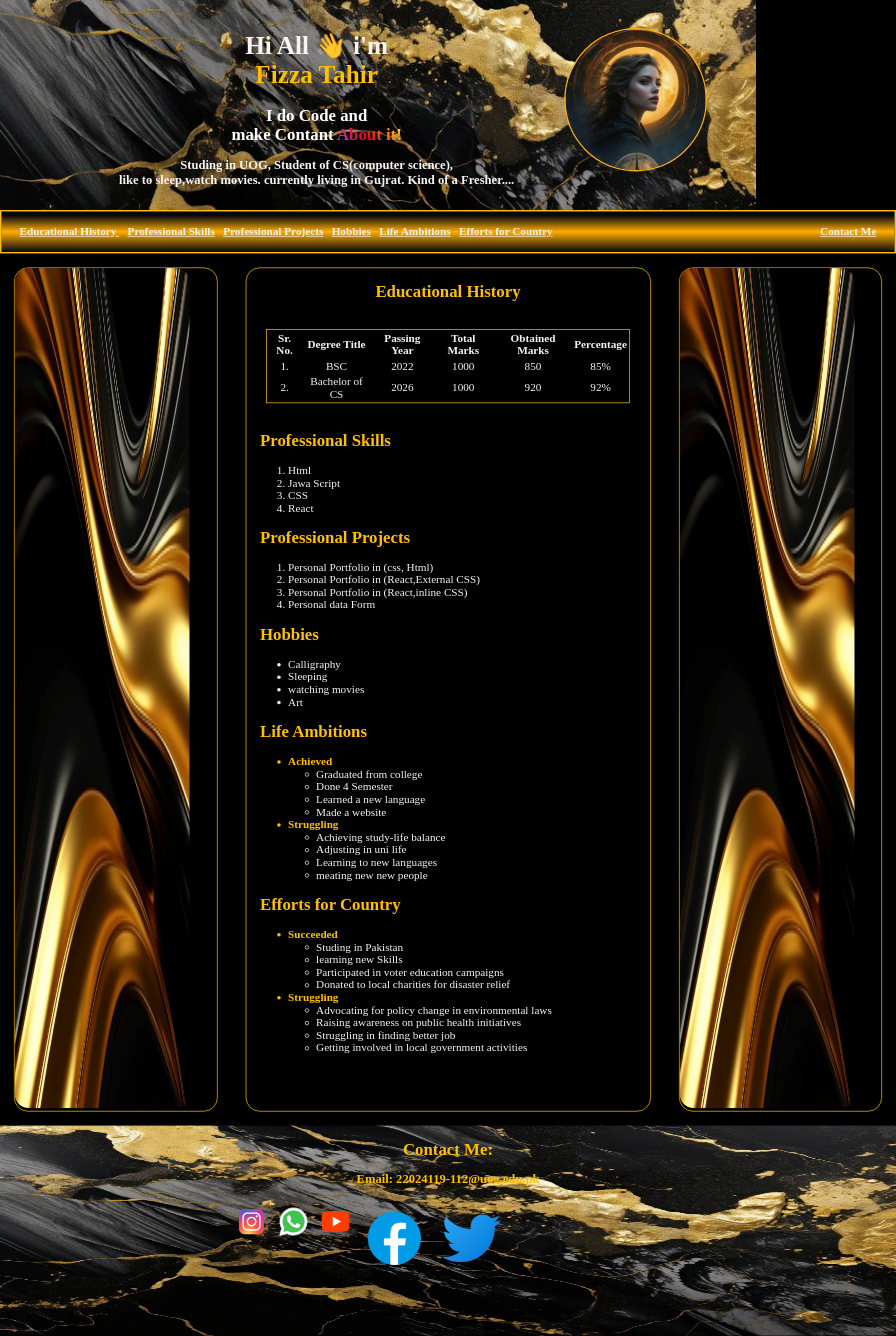
Repository: Fizza-112/project
Page: /
These files come from the project's save history. The page is drawn as it stood at one moment and after the next save; the edit follows.
The browser window is 1280 px wide. The pictures show the whole page, at 70% of full size.
The project was rebuilt for these pictures with package versions that can differ from the ones it lists, and the page was loaded fresh each time. Also part of the build but not shown: vite.config.ts.

Above is the page before, as saved 2024-09-20 13:44:58.

### src/App.tsx

import "./App.css"

import instaimg from "./components/icons8-insta.svg"
import whatsappimg from "./components/icons8-whatsapp.svg"
import youtubeimg from "./components/icons8-youtube.svg"
import facebookimg from "./components/facebook icon.png"
import twitterimg from "./components/twitter.png"
import marbelimg from "./components/marbel.webp"
import profimg from "./assets/WhatsApp Image 2024-09-20 at 8.07.10 AM.jpeg"
import sidedivimg from "./assets/sidediv.webp"

const App = () => {
  return (
    <>
    <header>
    <div className="header-container">
      {/* Base image */}
      <img
        className="base-image"
         src={marbelimg}
        alt="Profile"
      />

      {/* Content inside the header */}
      <div className="header-content">
        <h1 className="header-text"><b>Hi All 👋 i'm <br/><span className="nam"> Fizza Tahir</span> </b></h1>
        <div> <h2 className="contant">I do Code and<br/> make Contant <span className="span">About it!</span> </h2></div>
        <p className="sub-text">Studing in UOG, Student of CS(computer science),<br/>
        like to sleep,watch movies. currently living in Gujrat. Kind of a Fresher....</p>
      </div>

      {/* Another image (e.g., profile or other image) on the right side */}
      <img
        className="side-image"
         src={profimg}
        alt="Profile on Right"
      />
    </div>

  </header>


    <nav id="nav">
      <div>
  <a href='#EducationalHistory'>Educational History </a>
  <a href='#ProfessionalSkills'>Professional Skills</a>
  <a href="#ProfessionalProjects">Professional Projects</a>
  <a href="#Hobbies">Hobbies</a>
  <a href="#life-ambitions">Life Ambitions</a>
  <a href="#efforts-for-country">Efforts for Country</a>
  </div>
  <div>
  <a href="#Contact-Me">Contact Me</a>
  </div>
</nav>

<div className="div">
<div id="blank-div">
  <img className="leftdiv"src={sidedivimg} alt="img" />
</div>

<div id='main-contant'>

  <div id="EducationalHistory">

    <h2 className='nam'>Educational History</h2>
        <table>
            <thead >
                <tr>
                    <th>Sr. No.</th>
                    <th>Degree Title</th>
                    <th>Passing Year</th>
                    <th>Total Marks</th>
                    <th>Obtained Marks</th>
                    <th>Percentage</th>
                </tr>
            </thead>
            <tbody>
                <tr>
                    <td>1.</td>
                    <td>BSC</td>
                    <td>2022</td>
                    <td>1000</td>
                    <td>850</td>
                    <td>85%</td>
                </tr>
                <tr>
                    <td>2.</td>
                    <td>Bachelor of CS</td>
                    <td>2026</td>
                    <td>1000</td>
                    <td>920</td>
                    <td>92%</td>
                </tr>
            </tbody>
        </table>

  </div>

  <div id="ProfessionalSkills">
<h2 className='nam'>Professional Skills</h2>
<ol>
<li>Html</li>
<li>Jawa Script</li>
<li>CSS</li>
<li>React</li>
</ol>
   </div>

  <div id="ProfessionalProjects">
<h2 className='nam'>Professional Projects</h2>
<ol>
<li>Personal Portfolio in (css, Html)</li>
<li>Personal Portfolio in (React,External CSS)</li>
<li>Personal Portfolio in (React,inline CSS)</li>
<li>Personal data Form</li>
</ol>
   </div>

  <div id="Hobbies">
<h2 className='nam'>Hobbies</h2>
<ul>
<li>Calligraphy</li>
<li>Sleeping</li>
<li>watching movies</li>
<li>Art</li>
</ul>
   </div>

   <div id="life-ambitions">
    <h2 className='nam'>Life Ambitions</h2>
    <ul>
      <li className='nam'><b >Achieved</b></li>
      <ul>
        <li>Graduated from college</li>
        <li>Done 4 Semester </li>
        <li>Learned a new language</li>
        <li>Made a website </li>
      </ul>
      <li className='nam'><b >Struggling</b></li>
      <ul>
        <li>Achieving study-life balance</li>
        <li>Adjusting in uni life</li>
        <li>Learning to new languages</li>
        <li>meating new new people</li>
      </ul>
    </ul>
    </div>

    <div id="efforts-for-country">
    <h2 className='nam'>Efforts for Country</h2>
    <ul>
      <li className='nam'><b >Succeeded</b></li>
      <ul>
        <li>Studing in Pakistan</li>
        <li>learning new Skills</li>
        <li>Participated in voter education campaigns</li>
        <li>Donated to local charities for disaster relief</li>
      </ul>
      <li className='nam'><b >Struggling</b></li>
      <ul>
        <li>Advocating for policy change in environmental laws</li>
        <li>Raising awareness on public health initiatives</li>
        <li>Struggling in finding better job</li>
        <li>Getting involved in local government activities</li>
      </ul>
    </ul>
  </div>

  </div>
  <div id="end">
  <img className="rightdiv"src={sidedivimg} alt="img" />
  </div>
  </div>

<div id="Contact-Me">
  <footer>
  <div className="footer-container">
      {/* Base image for footer */}
      <img
       className="footer-image"
       src={marbelimg}
      alt="Profile"
      />

      {/* Footer content (heading and icons) */}
      <div className="footer-content">
        <h2 className="footer-heading">Contact Me:</h2>
        <h3 className="footer-email">Email: 22024119-112@uog.edu.pk</h3>

        {/* Social media icons */}
        <div className="social-icons">
        <a href="https://www.instagram.com/" target='_blank'><img src={instaimg} alt='icon' className='icons'></img></a>
  <a href="https://web.whatsapp.com/" target='_blank'><img src={whatsappimg} alt='icon' className='icons'></img></a>
  <a href="https://www.youtube.com/" target='_blank'><img src={youtubeimg} alt='icon' className='icons'></img></a>
  <a href="https://www.facebook.com/login/?next=https%3A%2F%2Fwww.facebook.com%2F" target='_blank'><img src={facebookimg} alt='icon' className='icons'></img></a>
  <a href="https://twitter.com/i/flow/login" target='_blank'><img src={twitterimg} alt='icon' className='icons'></img></a>

        </div>
      </div>
    </div>
    </footer>
  </div>
    </>
  )
}

export default App

### src/App.css
body{
  margin: 0px;
  padding: 0px;

  /* background-color:bisque;
  background-image: linear-gradient(19deg, bisque 0%, #989fff 100%);
   */
   /* background-color:bisque;
background-image: linear-gradient(62deg, bisque 0%, #945cfd 100%); */
/* background-color: #001886;
background-image: linear-gradient(43deg, #001886 0%, #05060f 46%, #001886  100%); */
background-color:black;



}
.header-container{
  display: flex;
  align-items: center;
  justify-content: center;
  width: 200%;
  height: 300px;
  /* color:aliceblue;
  background-color: #0c0c0c;
background-image: linear-gradient(43deg, gold 0%,#161516 46%, black 100%); */
position: relative;
max-width: 1080px;

}

.base-image{
  width: 200%;
  height: 300px;
 background-size:contain;
 object-fit: cover;
}
.header-content {
  position: absolute;
  top: 20px; /* Adjust padding from top */
  left: 20px; /* Adjust padding from left */
  color: white;

}
@media (max-width: 768px){
header{
  display: flex;
  align-items: center;
  justify-content: center;
  width: 100%;
  color:aliceblue;
  background-color: #001886;
  background-image: linear-gradient(180deg, #05060f 10%,#001886   50%, #05060f 100%);
/* background-image: linear-gradient(43deg, #001886 0%, #05060f 46%, #001886  100%);  */
max-width: 768px;
padding-left: 10px;
}
}

.header-text{
  /*
  /* color:#880808;
  color:#ffc000; */
 color: whitesmoke;
 text-align: center;
  font-size: 36px;
  font-weight: bold;
  margin-left: 150px;

}
.sub-text{
  color:whitesmoke;
  text-align: center;
  font-weight: 700;
  text-align: center !important;
  font-size: 18px;
  margin-left: 150px;
}
.contant{
  text-align: center;
  margin-left: 150px;
}
.span{

  background: -webkit-linear-gradient(43deg, #a241d0 0%, #f90118 46%, #fff500 100%);
  -webkit-background-clip: text;
  -webkit-text-fill-color: transparent;
}

.side-image{
  width: 200px;
  border-radius: 50%;
  margin-top: 20px;
  border:2px solid rgb(253, 171, 19);
  position: absolute;
  top: 20px;              /*  match header's top */
  right: 20px;             /* Position it on the right side */

  object-fit: cover; /* Maintain aspect ratio */
  display:block;
 margin-right: 50px;

}
.side-image:hover{
  border: 3px solid gold;
}
#nav{
  display: flex;
  align-items:center;
  justify-content: space-between;
   padding: 20px;
   background-color:  #001886;
   background-image: linear-gradient(180deg, #05060f 10%, rgb(255, 174, 0)   50%, #05060f 100%);
   /* background-image: linear-gradient(180deg, #001886 10%, #05060f 50%, #001886  100%); */
   /* background-color: #001886;
   background-image: linear-gradient(43deg, #001886 0%, #05060f 46%, #001886  100%);  */
  border: 2px solid #ffc000;
}
@media (max-width: 768px){
#nav{
  max-width: 798px;

  display: flex;
  align-items:center;
  justify-content: space-between;
   padding: 20px;
   background-color:  #001886;
   background-image: linear-gradient(180deg, #05060f 10%,#001886   50%, #05060f 100%);
   /* background-image: linear-gradient(180deg, #001886 10%, #05060f 50%, #001886  100%); */
   /* background-color: #001886;
   background-image: linear-gradient(43deg, #001886 0%, #05060f 46%, #001886  100%);  */
  border: 2px solid #ffc000;

}
}
.div{
  display: flex;


}
#blank-div{
width: 25%;
border: 1px solid #ffc000 ;
                    /*    left box contant border */
margin: 20px;
border-radius:20px;

}
.leftdiv{
  width:250px;
  height:1200px;
  border-radius:20px;
}
#main-contant{
  width: 50%;
  border: 1px solid #ffc000;      /*center contant border*/
  margin: 20px;
border-radius:20px;
}
#end{
  width: 25%;
  border: 1px solid #ffc000;     /*right contant border*/

  margin: 20px;
  border-radius:20px;

}
a{
  color: whitesmoke;
  margin: 6px;
  font-weight: 800;
}


table{
  border: 1px solid #ffc000;       /*table border*/
  justify-content:center;
  align-items:center;
  text-align: center;
 width: 90%;
  margin: 20px;
}
@media (max-width: 768px){
table{
  max-width: 768px;
  border: 1px solid #ffc000;       /*table border*/
  justify-content:center;
  align-items:center;
  text-align: center;
 width: 90%;
  margin: 20px;
}
}
#EducationalHistory{
  color:whitesmoke;
  width:100%;
  display:flex;
  flex-direction: column;
  justify-content: center;
  align-items:center;
}
#ProfessionalSkills{
  margin-left: 20px;
  color:whitesmoke;
}
#ProfessionalProjects{
  margin-left: 20px;
  color:whitesmoke;
}
#Hobbies{
  margin-left: 20px;
  color:whitesmoke;
}
#life-ambitions{
  margin-left: 20px;
  color:whitesmoke;
}
#efforts-for-country{
  margin-left: 20px;
  color:whitesmoke;
}
@media (max-width:768px){
#efforts-for-country{
  max-width: 768px;
  color:whitesmoke;
}
}
.nam{
  color:#ffc000;
}

.footer-container{
  text-align: center;
  /* background-color:  #001886;
background-image: linear-gradient(180deg, #05060f 10%,#001886   50%, #05060f 100%);
/*  */
  /* background-color: #001886;
  background-image: linear-gradient(43deg, #001886 0%, #05060f 46%, #001886  100%);  */
  color:whitesmoke;
  margin: 20px, 0px 0px, 0px;

  height: 150px;
  position: relative;
  width: 100%;
  margin-left: 0px;

}

.footer-image{
  width: 100%;
  height: 150px;
  margin-left: 0px;
  height: 300px;
  display: block;
}
.footer-content {
  position: absolute;
  top: 50%;
  left: 50%;
  transform: translate(-50%, -50%);
  color: white; /* White text for good contrast */
}

.footer-heading{
font-size: 24px;
  font-weight: bold;
  margin-bottom: 10px;
 color:#ffc000;
 padding-top: 70px;


}
.footer-email{
  color:#ffc000;
  font-size: 18px;
  margin-bottom: 20px;
}




.social-icons{

    display: flex;
    justify-content: center;
    width: 35px;
    height: auto;
}

.social-icons:hover{

  background: linear-gradient( #0f2027, #203a43,#2c5364);
}
.icon {
  width: 40px;
  height: 40px;
  margin: 0 10px; /* Space between icons */
  cursor: pointer;
  transition: transform 0.3s;
}
.rightdiv{
  width:250px;
  height:1200px;
  border-radius:20px;
}

Loaded but not shown: index.html (common file); src/main.tsx (common file); src/index.css (no stored copy; drawn as an empty file)

After the next save:
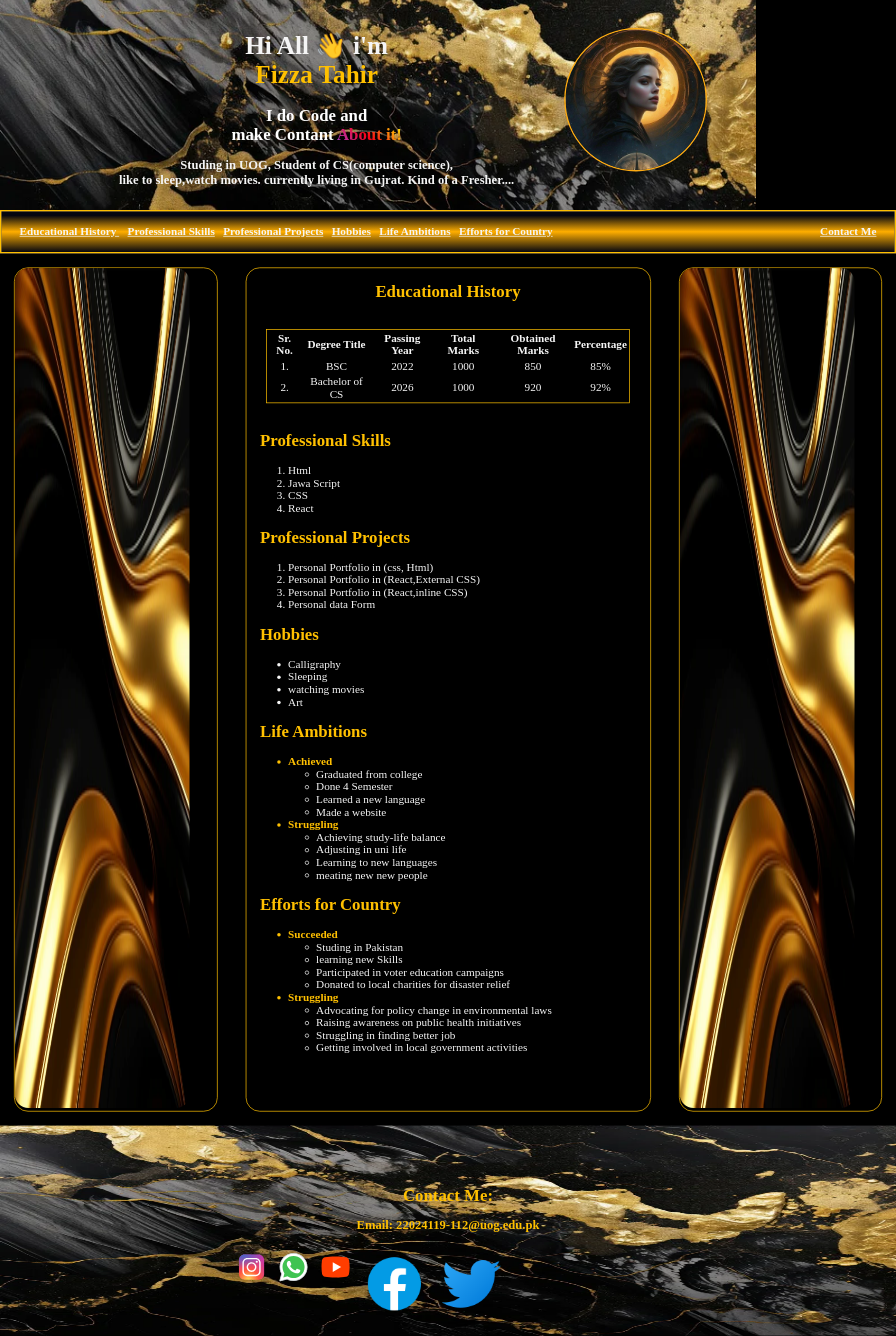
Saved 15 s later.
--- a/src/App.css
+++ b/src/App.css
@@ -265,7 +265,7 @@ font-size: 24px;
   font-weight: bold;
   margin-bottom: 10px;
  color:#ffc000;
- padding-top: 70px;
+ padding-top: 200px;
 
 
 }
